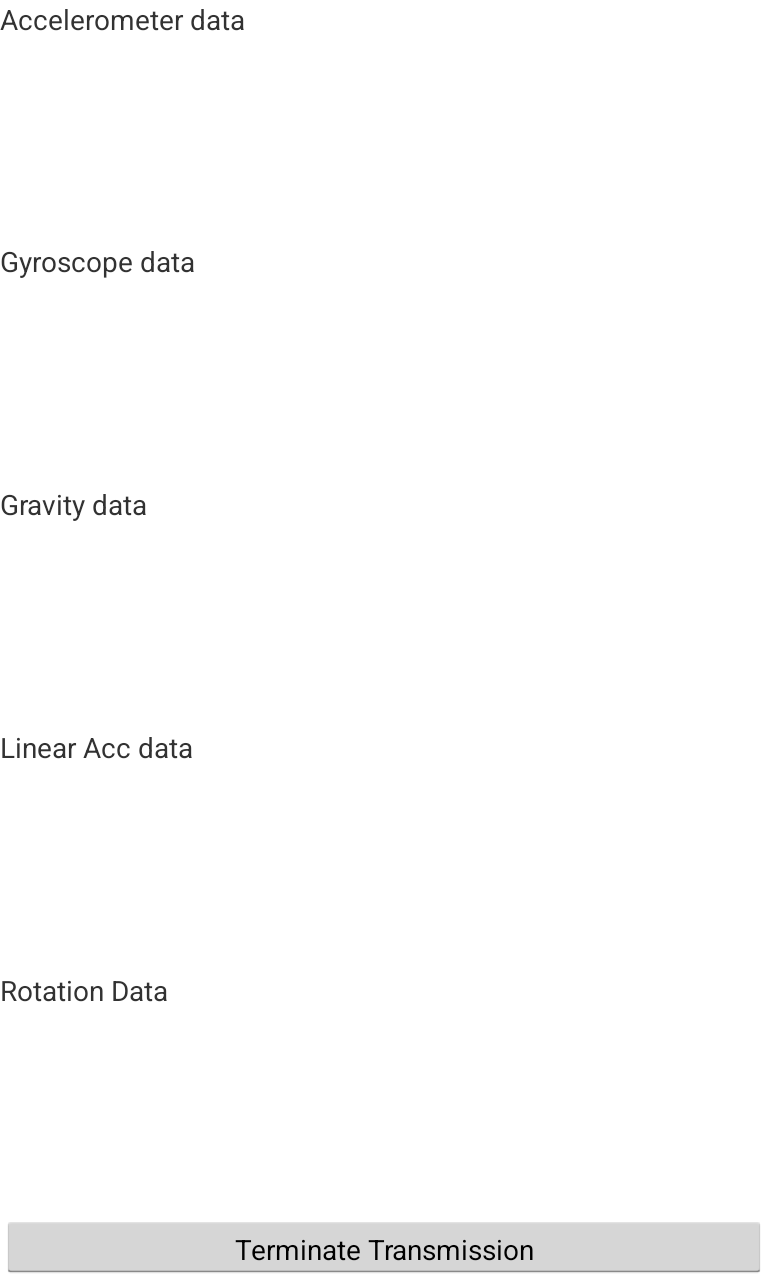
Repository: anubhavchaturvedi/MotionDroid
Layout: MotionDroid_Server/res/layout/stats_for_nerds.xml
The author's editor kept a copy of each file at every save. The layout is drawn from the files as they stood at one save, then again after the next save.
It is drawn on a 768 x 1280 px phone screen (xhdpi) without system bars, with theme AppTheme; the app's code is not run.

Above is the layout before, as saved 2014-03-17 07:25:25.

After the next save:
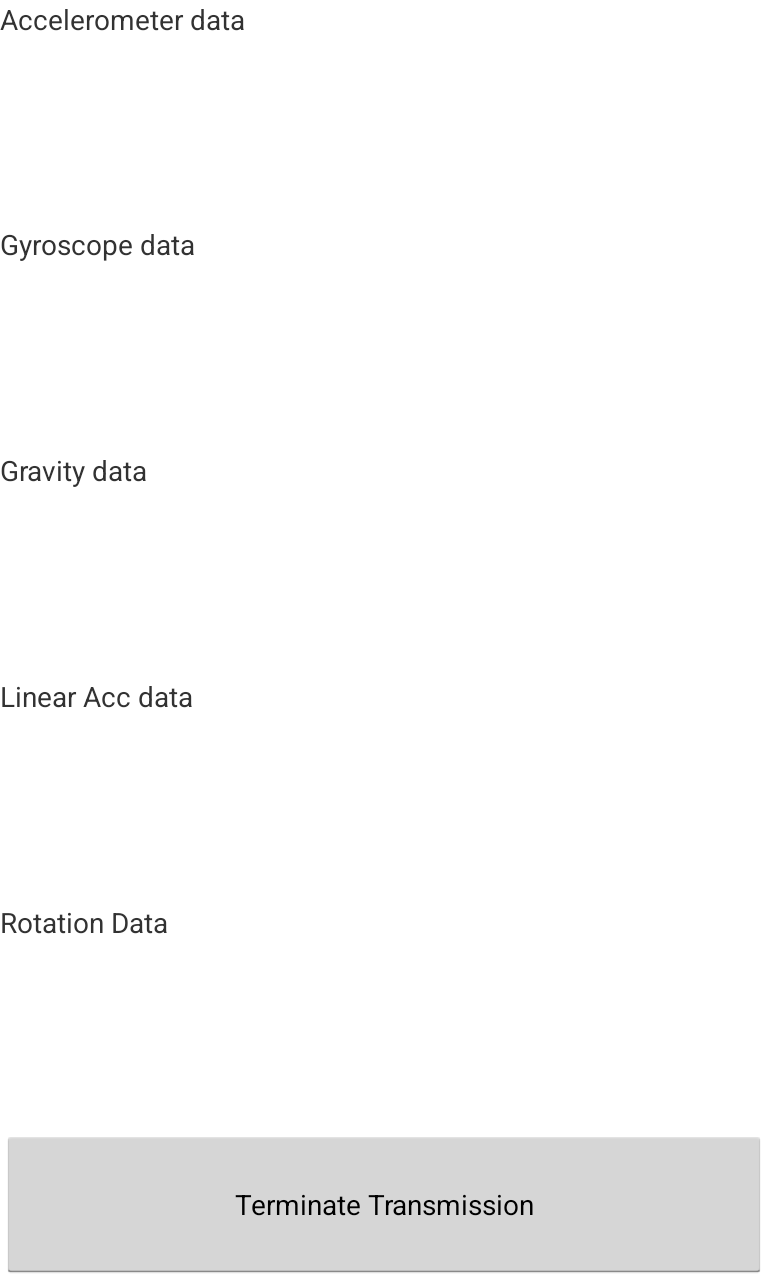
Saved 71 s later.
--- a/MotionDroid_Server/res/layout/stats_for_nerds.xml
+++ b/MotionDroid_Server/res/layout/stats_for_nerds.xml
@@ -44,7 +44,8 @@
         android:id="@+id/button1"
         style="?android:attr/buttonStyleSmall"
         android:layout_width="match_parent"
-        android:layout_height="33dp"
+        android:layout_height="wrap_content"
+        android:layout_weight="0.29"
         android:text="Terminate Transmission" />
 
 </LinearLayout>
